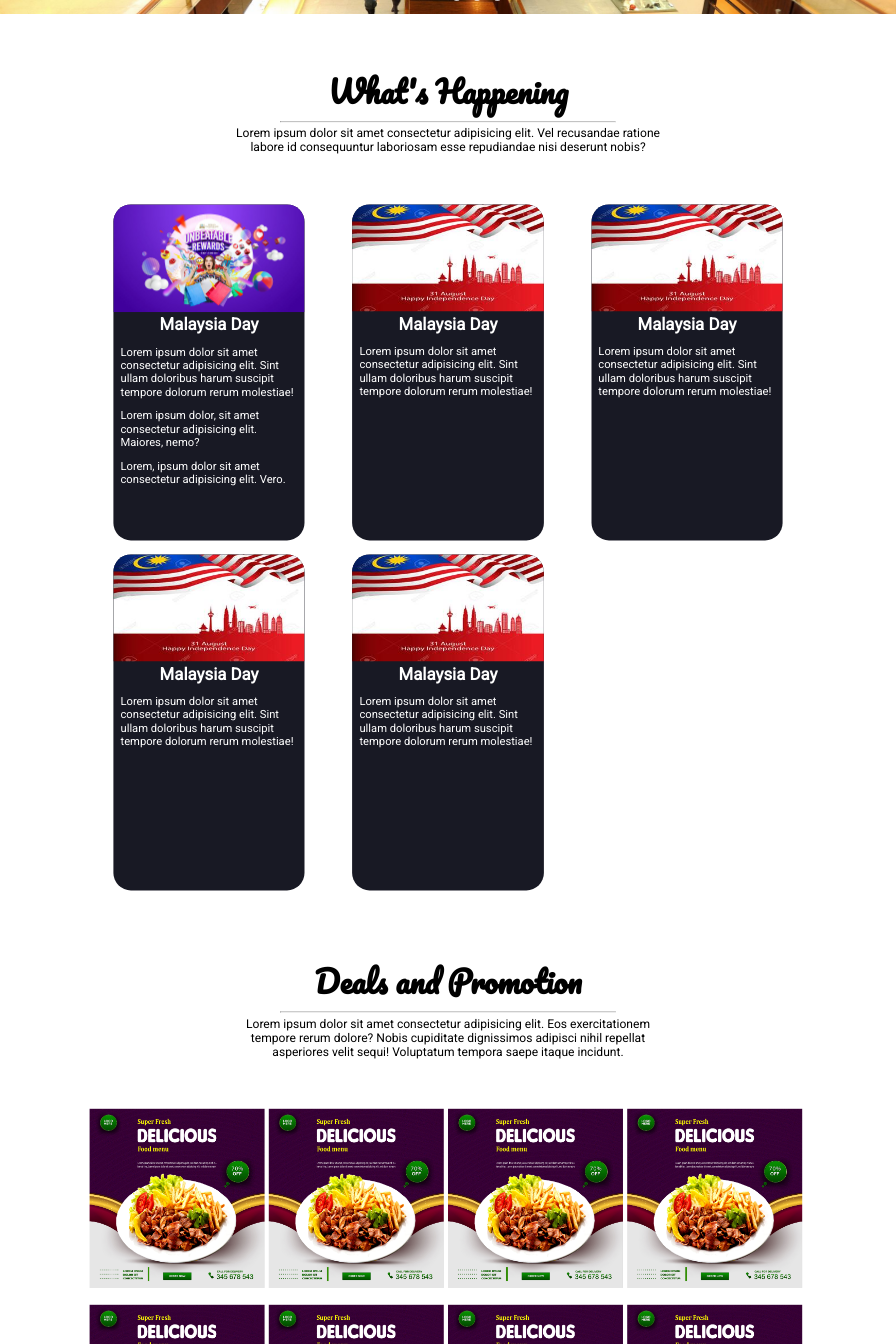
Repository: Jack0Bong/Web-Dev-Assignment
Page: index.html
An editor plug-in stored every save of this project. The page is shown before and after the next save, followed by the edit.
The browser window is 1280 px wide. The pictures show the part of the page from y = 520 to 2440 px (the page is 3085 px tall before and 3001 px after), at 70% of full size.

Above is the page before, as saved 2021-09-02 23:48:45.

After the next save:
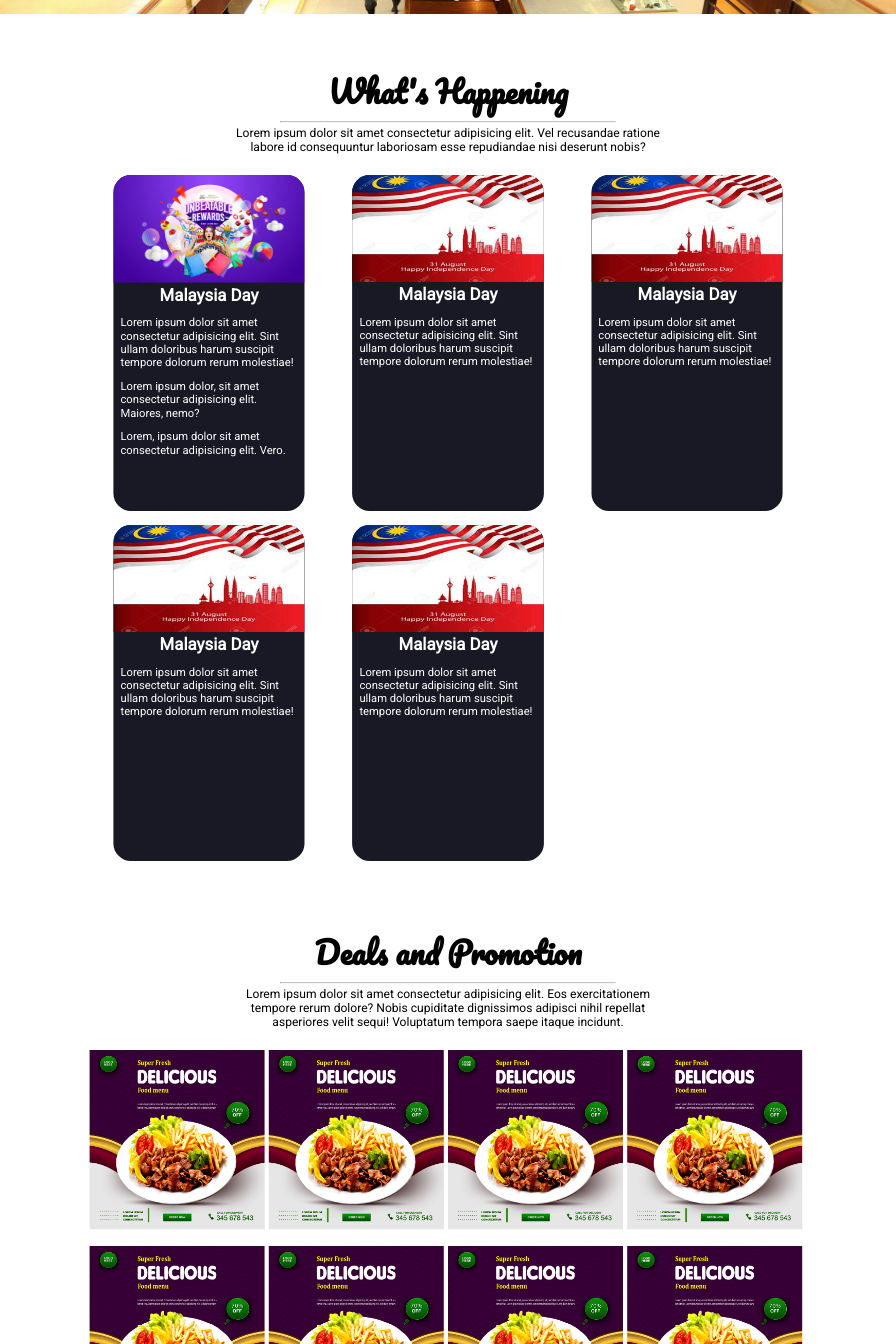
Saved 35 s later.
--- a/css/index.css
+++ b/css/index.css
@@ -83,6 +83,7 @@ to {opacity: 1}
 /* Events section styling */
 .events-section{
     width: 100%;
+    margin: 10vh auto 10vh auto
 }
 
 .section-title{
@@ -90,7 +91,7 @@ to {opacity: 1}
     font-size: 1.8em;
     text-align: center;
     width: 50%;
-    margin: 10vh auto 10vh auto;
+    margin: auto;
 }
 
 .section-title p{
